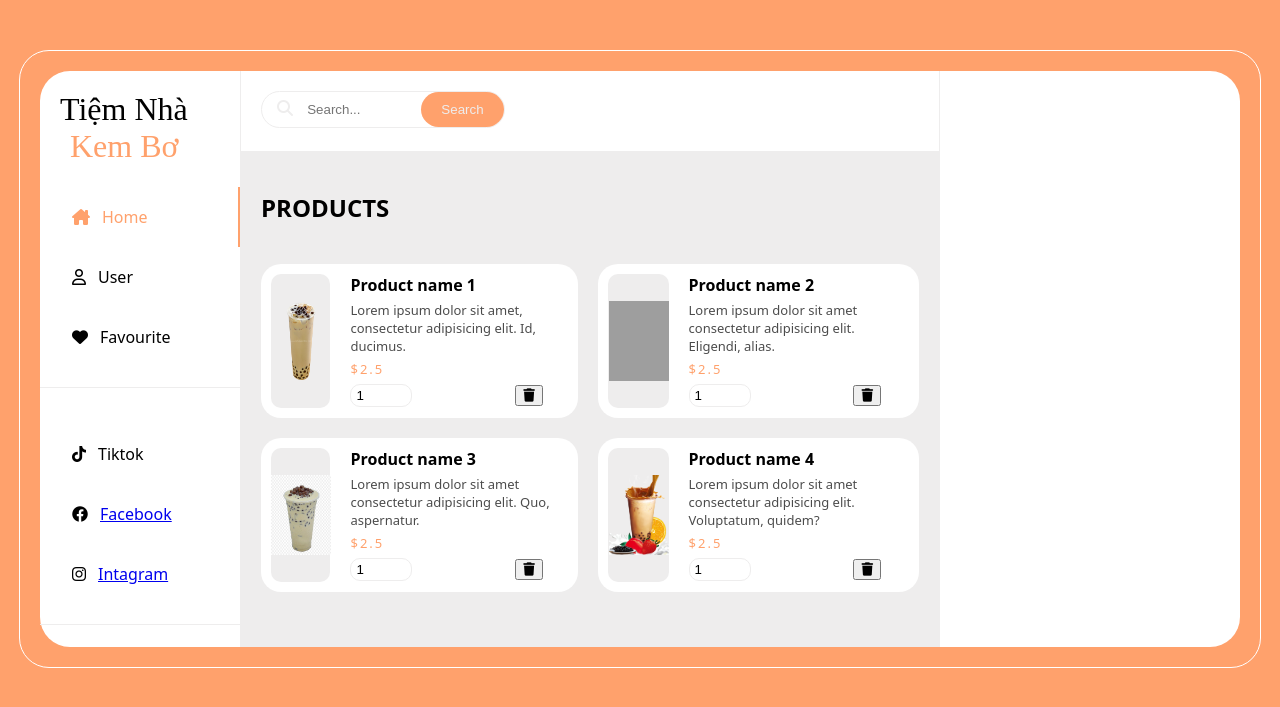
Repository: hnguyeng/tiemnhabo
Page: index.html
The author's editor kept a copy of each file at every save. The page is drawn from the files as they stood at one save, then again after the next save.
The browser window is 1280 px wide. The pictures show the whole page.
Pictures or frames that could not be fetched are drawn as grey boxes.

Above is the page before, as saved 2022-12-13 16:22:15.

After the next save:
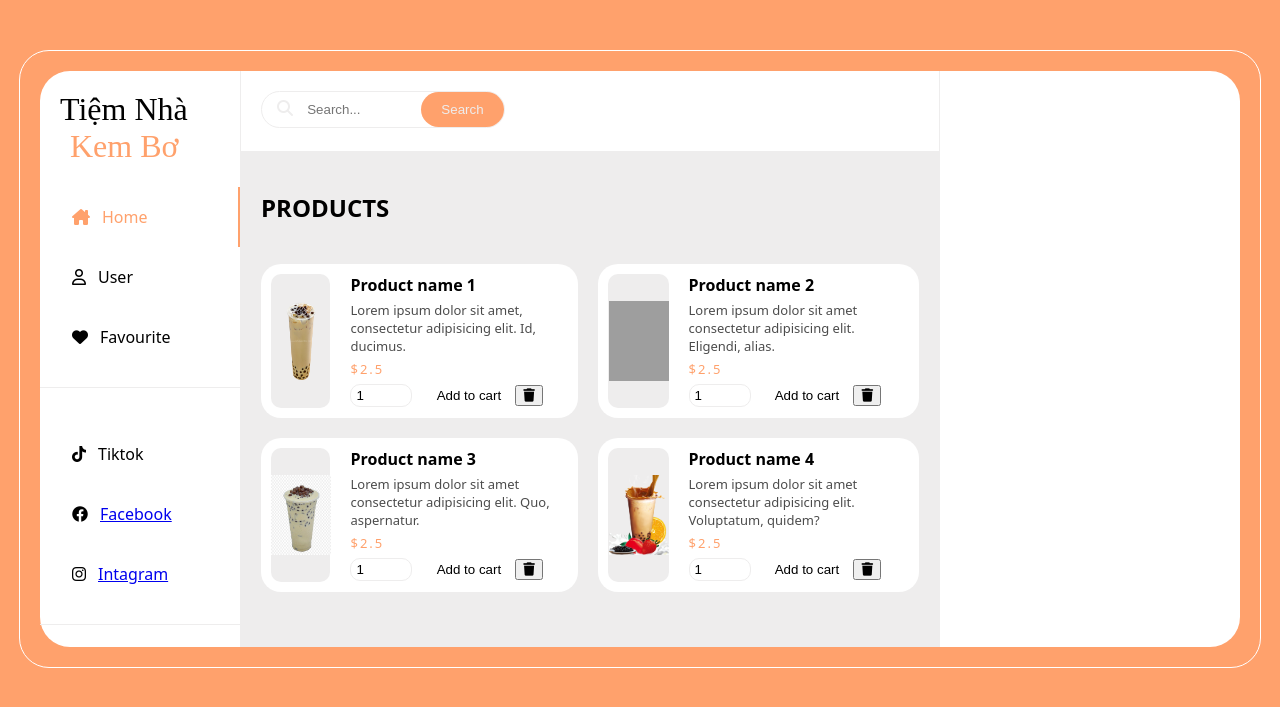
Saved 81 s later.
--- a/style.css
+++ b/style.css
@@ -149,7 +149,7 @@
 .item .content .add{
    margin-top: 5px;
    background-color: var(--orange);
-   color: var(--white);
+   /* color: var(--white); */
    padding: 5px 10px;
    border: none;
    background: 5px;
